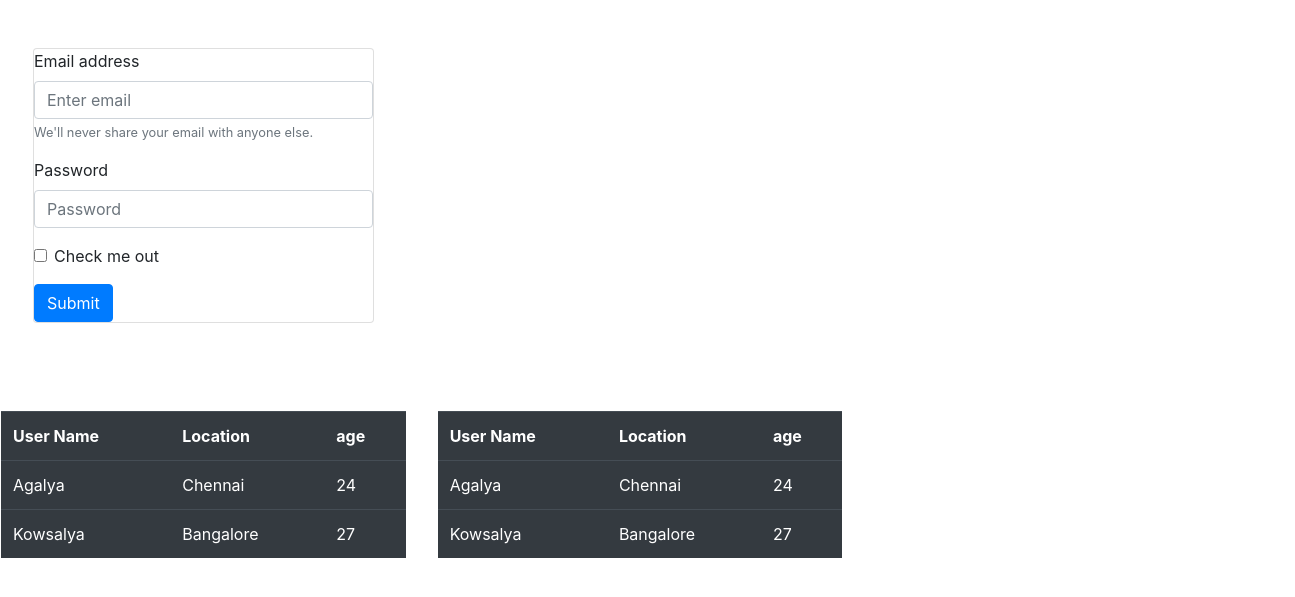
Repository: rajeshkannane/java1
Page: Form/public/index.html
An editor plug-in stored every save of this project. The page is shown before and after the next save, followed by the edit.
The browser window is 1280 px wide. The page is 1295 px wide, so the pictures cover 1295 px, including what lies to the right of the window. The pictures show the whole page.

Above is the page before, as saved 2022-11-14 17:03:32.

After the next save:
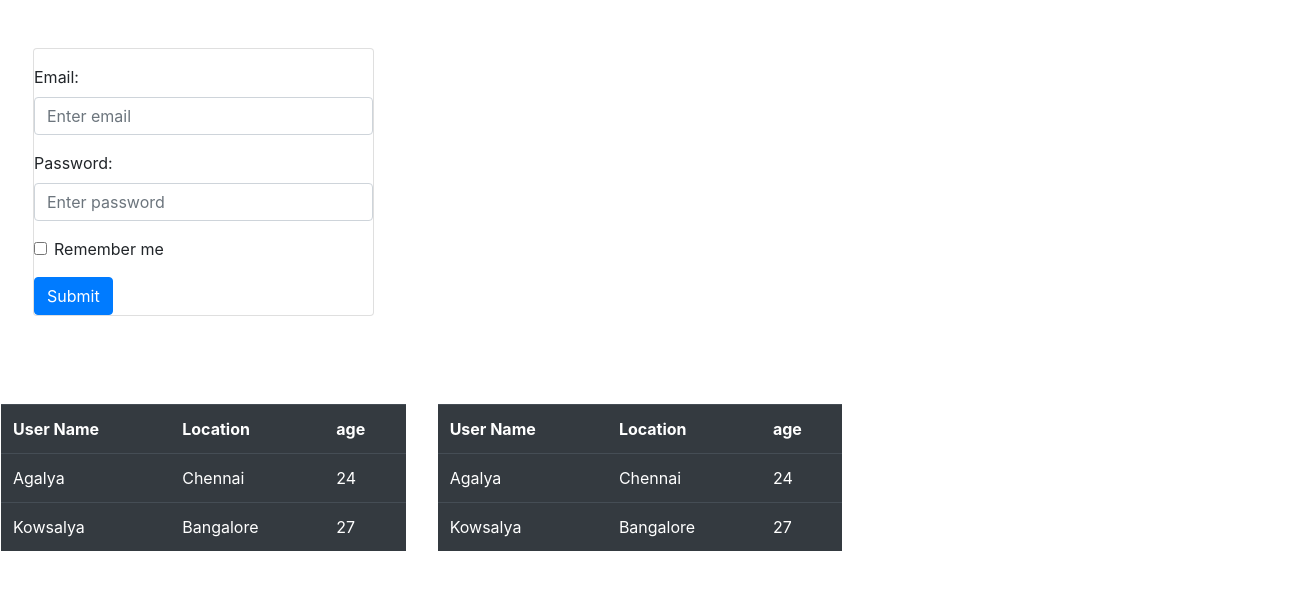
Saved 2 min 0 s later.
--- a/Form/public/index.html
+++ b/Form/public/index.html
@@ -11,19 +11,19 @@
 <div class="row">
 <div class="col-sm-4 p-5" style="border-width:10">
 <div class="card">
-<form>
-  <div class="form-group">
-    <label for="exampleInputEmail1">Email address</label>
-    <input type="email" class="form-control" id="exampleInputEmail1" aria-describedby="emailHelp" placeholder="Enter email">
-    <small id="emailHelp" class="form-text text-muted">We'll never share your email with anyone else.</small>
+<form action="/action_page.php">
+  <div class="mb-3 mt-3">
+    <label for="email" class="form-label">Email:</label>
+    <input type="email" class="form-control" id="email" placeholder="Enter email" name="email">
   </div>
-  <div class="form-group">
-    <label for="exampleInputPassword1">Password</label>
-    <input type="password" class="form-control" id="exampleInputPassword1" placeholder="Password">
+  <div class="mb-3">
+    <label for="pwd" class="form-label">Password:</label>
+    <input type="password" class="form-control" id="pwd" placeholder="Enter password" name="pswd">
   </div>
-  <div class="form-group form-check">
-    <input type="checkbox" class="form-check-input" id="exampleCheck1">
-    <label class="form-check-label" for="exampleCheck1">Check me out</label>
+  <div class="form-check mb-3">
+    <label class="form-check-label">
+      <input class="form-check-input" type="checkbox" name="remember"> Remember me
+    </label>
   </div>
   <button type="submit" class="btn btn-primary">Submit</button>
 </form>
